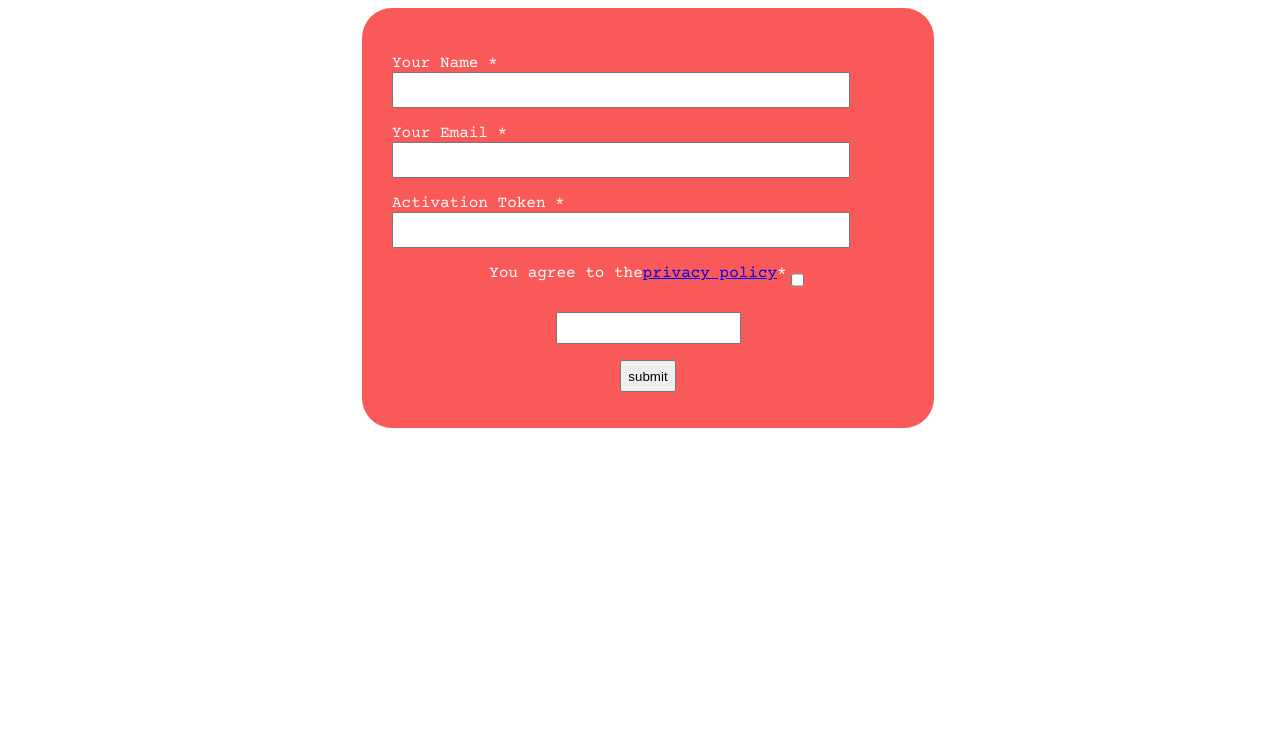
Repository: Rachael4life/Assignment-1
Page: starter-code/src/index.html
The author's editor kept a copy of each file at every save. The page is drawn from the files as they stood at one save, then again after the next save.
The browser window is 1280 px wide. The page is 1288 px wide, so the pictures cover 1288 px, including what lies to the right of the window. The pictures show the whole page.

Above is the page before, as saved 2022-02-25 14:36:52.

### starter-code/src/index.html
<!DOCTYPE html>
<html lang="en">
<head>
    <meta charset="UTF-8">
    <meta http-equiv="X-UA-Compatible" content="IE=edge">
    <meta name="viewport" content="width=device-width, initial-scale=1.0">
    <link rel="stylesheet" href="style.css">
    <link rel="preconnect" href="https://fonts.googleapis.com">
<link rel="preconnect" href="https://fonts.gstatic.com" crossorigin>
    <link href="https://fonts.googleapis.com/css2?family=Courier+Prime&display=swap" rel="stylesheet">
    <title>Assignment 1</title>
</head>
<body>
    <div id="ramyeon">

        <form class="kimchi">
            <div> <p></p>
                <label for="name">Your Name *</label>
                <input class="formgroup" type="text" name="name" id="name" placeholder="">
            </div>
            <div> <p></p>
                <label for="email">Your Email *</label>
                <input class="formgroup" type="text" name="email" id="email" placeholder="">
            </div>
            <div> <p></p>
                <label for="number">Activation Token *</label>
                <input class="formgroup" type="number" name="activation token" id="name" placeholder="">
            </div>
           <p></p>
            <div id="water"><p></p>
                You agree to the <a href="privacy policy">privacy policy</a> * <input type="checkbox">
            </div>
            <p></p>
            <div id="beef"><p></p>
                <input type="text">
            </div>
            <p></p>
            <div id="gogi"><p></p>
                <button type="button">submit</button>
            </div>
        </form>
    </div>
</body>
</html>

### starter-code/src/style.css
body {
    color: white;
    font-family: 'Courier Prime', monospace;
    width: 100vw;
    height: 100vh;
}
form {
    background-color: #fa5959;
    font-size: 16px;
    width: 40%;
    height: 50%;
    padding: 30px;
    border-radius: 30px;
}
#ramyeon {
    display: flex;
    justify-content: center;
    align-content: space-between;
    width: 100%;
    height: 100%;
}
#beef {
    align-content: center;
    justify-content: center;
    display: flex;
}
#gogi {
    display: flex;
    justify-content: center;
    align-content:center;
}
#water {
    align-content: center;
    justify-content: center;
    display:flex;
}
.formgroup {
    width: 450px;
    height: 30px;
}

After the next save:
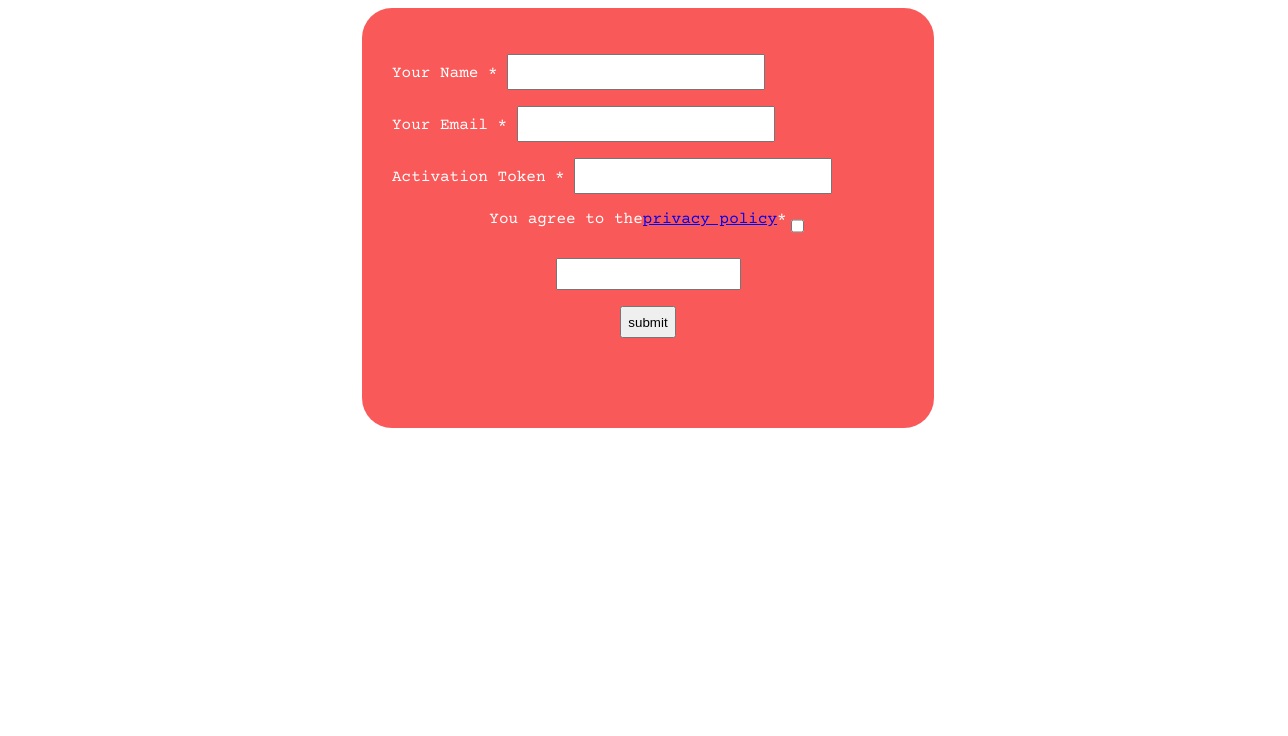
Saved 4 s later.
--- a/starter-code/src/style.css
+++ b/starter-code/src/style.css
@@ -35,6 +35,6 @@ form {
     display:flex;
 }
 .formgroup {
-    width: 450px;
+    width: 250px;
     height: 30px;
 }
